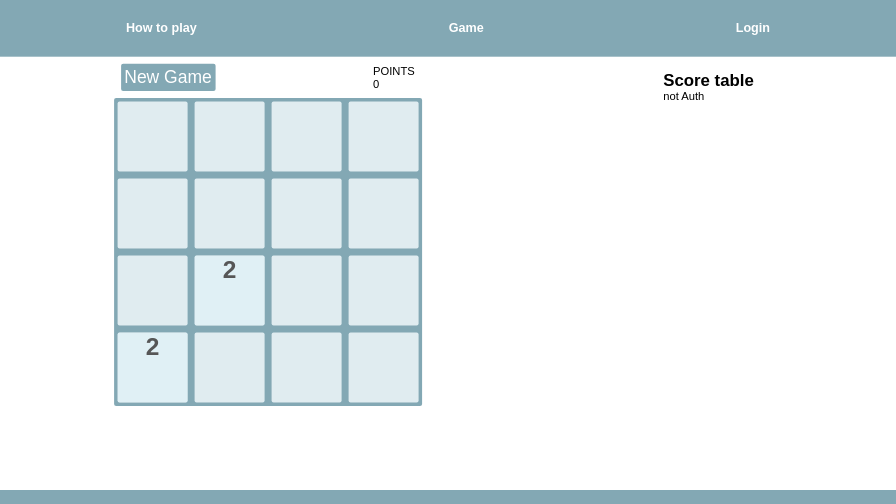
Repository: nika-otter/2048
Page: / (app in client/)
These files come from the project's save history. The page is drawn as it stood at one moment and after the next save; the edit follows.
The browser window is 1280 px wide. The pictures show the whole page, at 70% of full size.
The project was rebuilt for these pictures with package versions that can differ from the ones it lists, and the page was loaded fresh each time. Also part of the build but not shown: client/src/components/Login/LoginForm.js, client/src/pages/account/index.jsx, client/src/components/Game/GameOverlay.jsx, client/src/components/InstructionPage/InstructionPage.module.scss, client/src/components/HowToPlay/howtoplay.module.scss, client/src/components/HowToPlay/howtoplay.jsx, client/src/components/InstructionPage/InstructionPage.jsx, client/src/pages/Instruction/index.jsx and 4 more.

Above is the page before, as saved 2023-05-01 19:36:20.

After the next save:
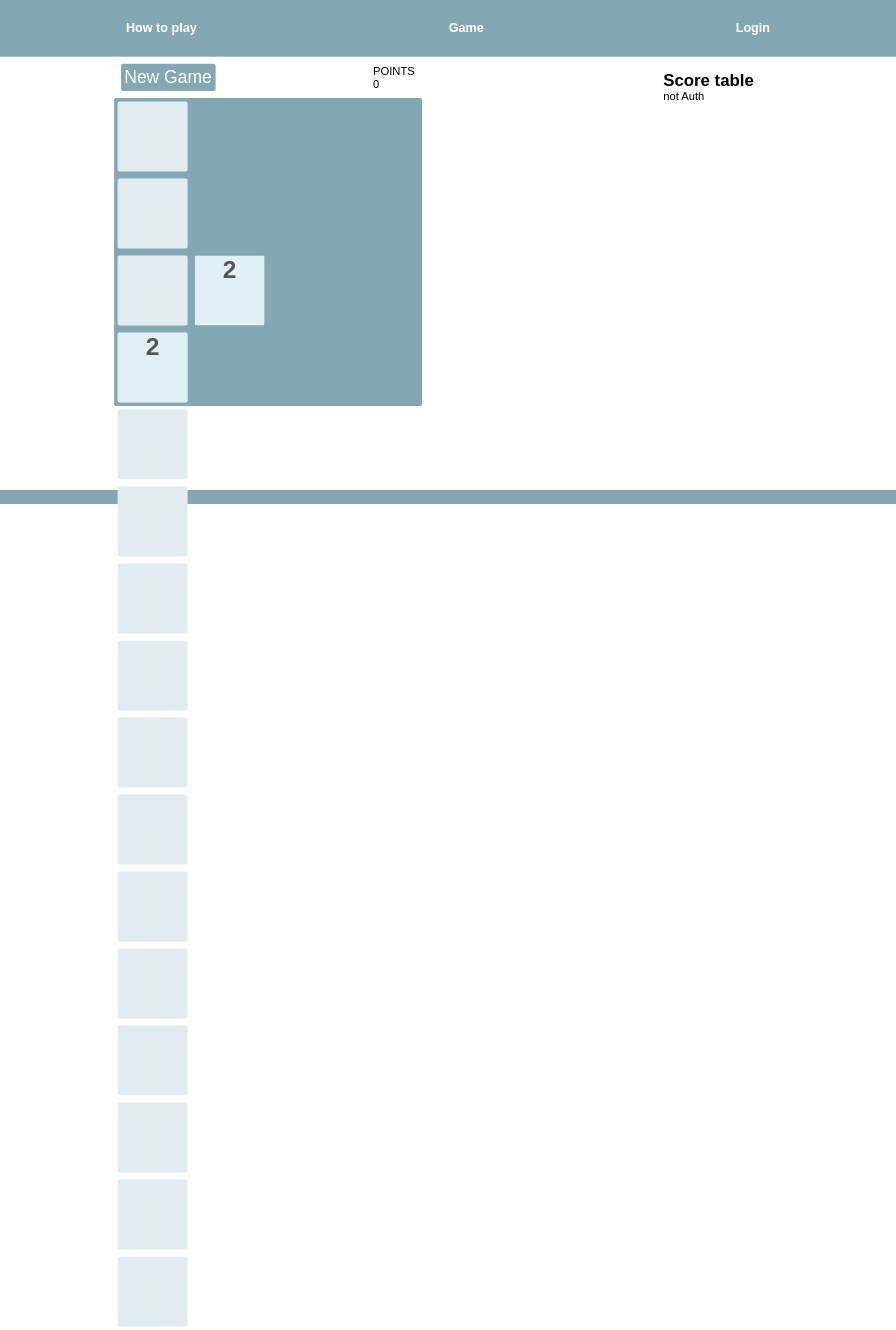
Saved 4 h 12 min later.
--- a/client/src/components/Game/Cell.jsx
+++ b/client/src/components/Game/Cell.jsx
@@ -1,7 +1,11 @@
 import React from "react";
 
 const Cell = ({ id }) => {
-  return <span className="cell"></span>;
+  return (
+    <div>
+      <span className="cell"></span>
+    </div>
+  );
 };
 
 export default Cell;
